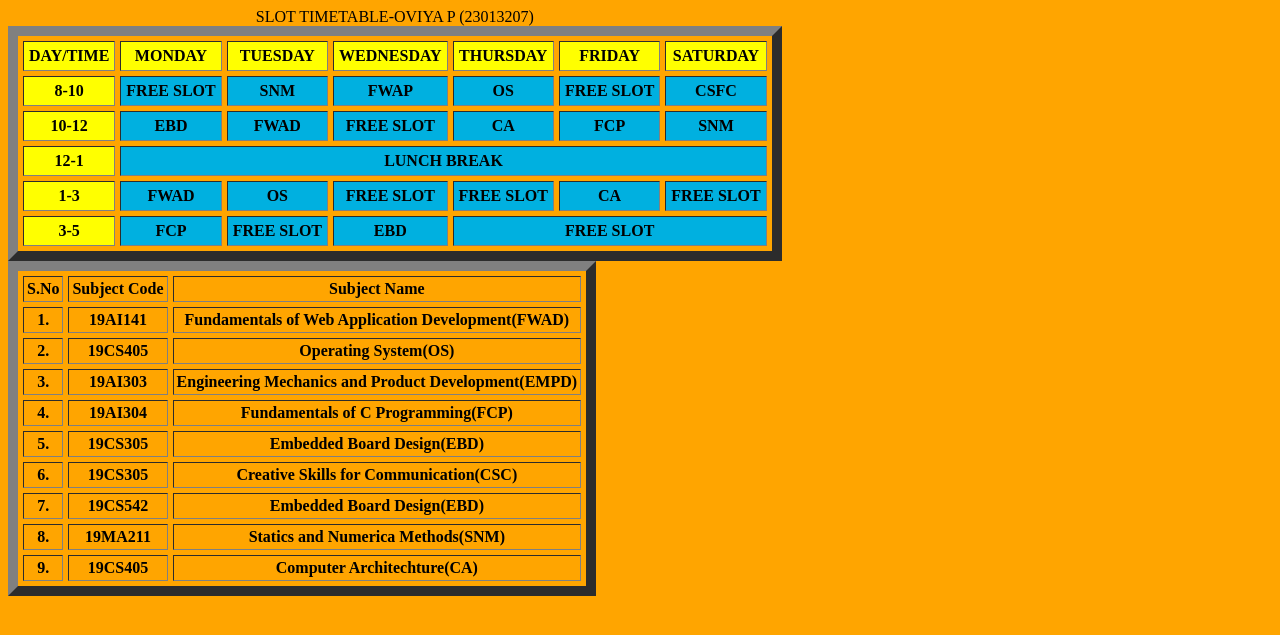
Repository: Oviya24032K6/slot
Page: oviya/static/time.html
An editor plug-in stored every save of this project. The page is shown before and after the next save, followed by the edit.
The browser window is 1280 px wide. The pictures show the whole page.

Above is the page before, as saved 2024-03-13 20:59:33.

After the next save:
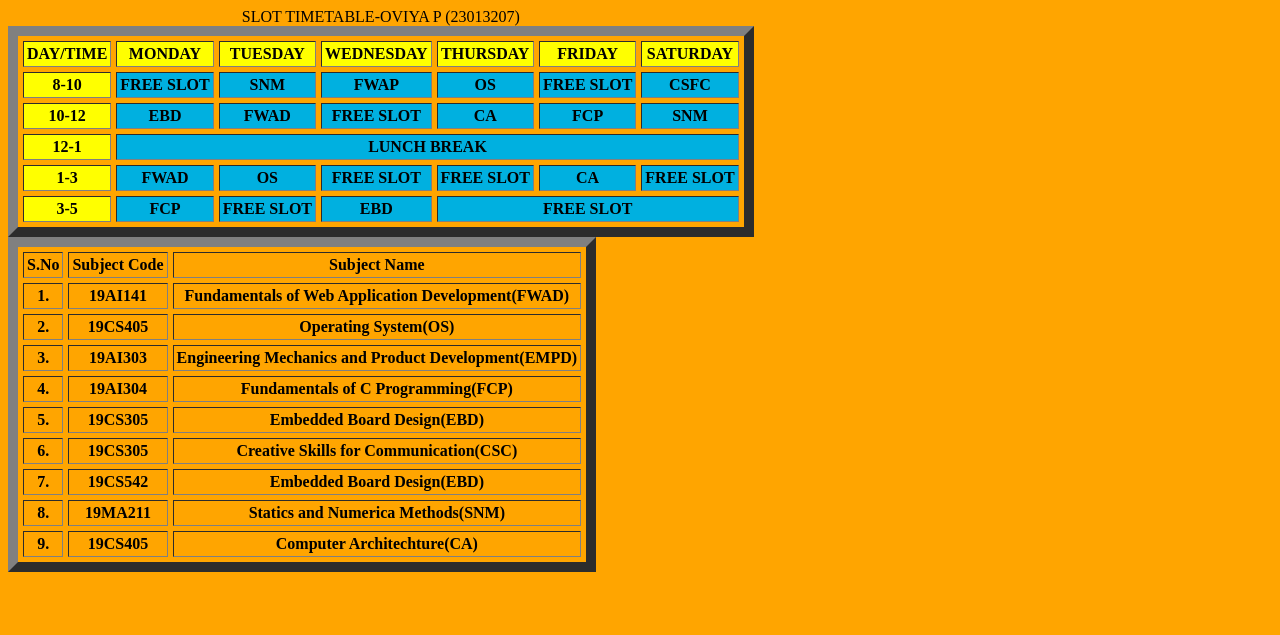
Saved 8 s later.
--- a/oviya/static/time.html
+++ b/oviya/static/time.html
@@ -3,7 +3,7 @@
         <title>SLOT TIMETABLE-OVIYA P (23013207)</title>
     </head>
     <body bgcolor="orange" align="center" >
-    <table align="left" border="10" cellspacing="5" cellpadding="5">
+    <table align="left" border="10" cellspacing="5" cellpadding="3">
     <caption>SLOT TIMETABLE-OVIYA P (23013207)</caption>
         <tr>
             <th bgcolor="yellow">DAY/TIME</th>
